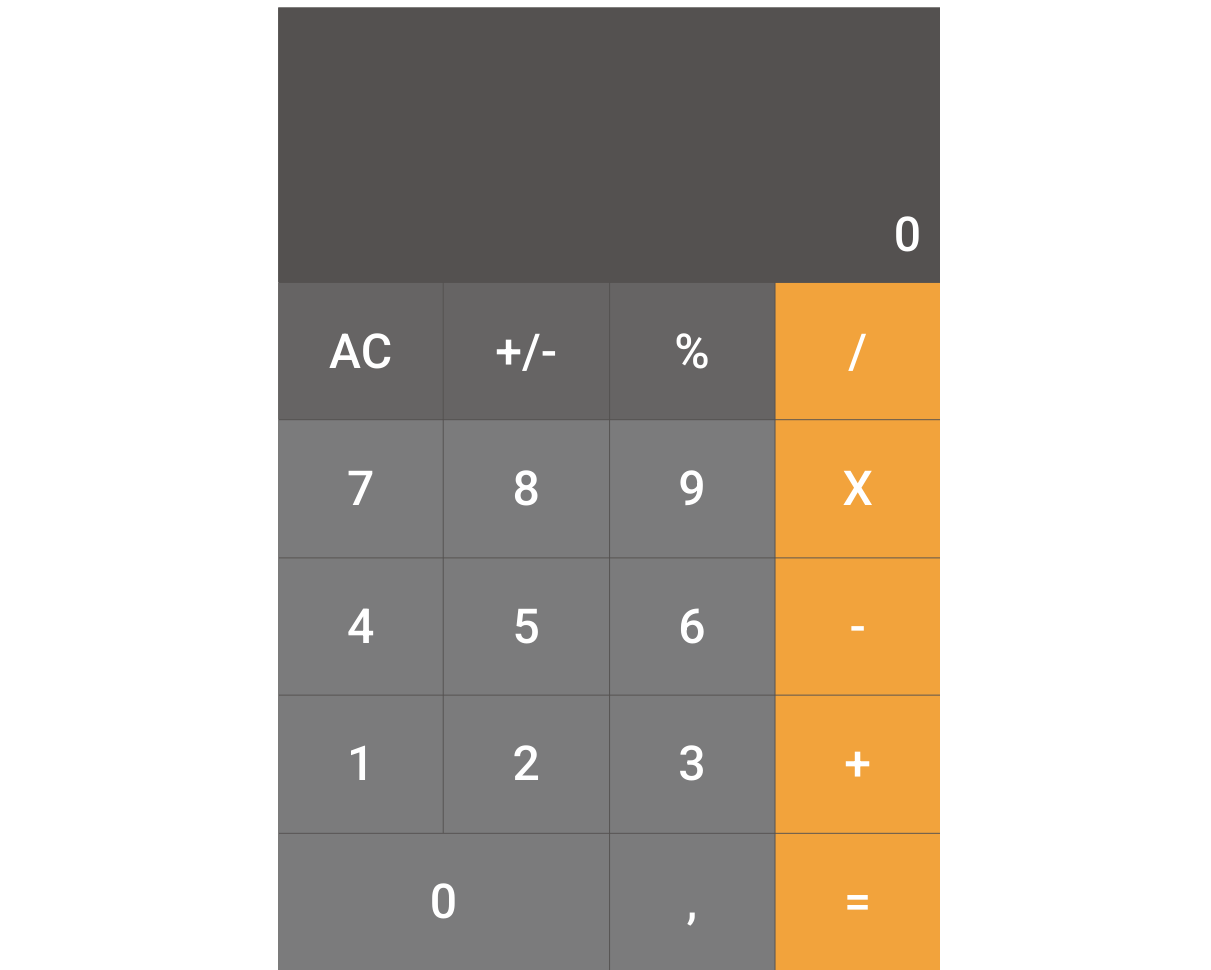
Repository: maciekto/calculatorOOP
Page: index.html
The author's editor kept a copy of each file at every save. The page is drawn from the files as they stood at one save, then again after a run of saves.
The browser window is 1280 px wide. The page is 1288 px wide, so the pictures cover 1288 px, including what lies to the right of the window. The pictures show the whole page, at 94% of full size.

Above is the page before, as saved 2022-06-19 19:04:03.

### index.html
<!DOCTYPE html>
<html lang="en">
<head>
    <meta charset="UTF-8">
    <meta http-equiv="X-UA-Compatible" content="IE=edge">
    <meta name="viewport" content="width=device-width, initial-scale=1.0">
    <title>Document</title>
    <link rel="stylesheet" href="css.css">


</head>
<body>
    <main>
        <div class="Calc">
            <div class="Calc__result">0</div>

            <div class="Calc__reset">
                AC
            </div>
            <div class="Calc__opposite">
                +/-
            </div>
            <div class="Calc__percentages">
                %
            </div>
            <div class="Calc__divide">
                /
            </div>

            <div class="Calc__7">7</div>
            <div class="Calc__8">8</div>
            <div class="Calc__9">9</div>
            <div class="Calc__multiply">
                X
            </div>

            <div class="Calc__4">4</div>
            <div class="Calc__5">5</div>
            <div class="Calc__6">6</div>
            <div class="Calc__substraction">
                -
            </div>

            <div class="Calc__1">1</div>
            <div class="Calc__2">2</div>
            <div class="Calc__3">3</div>
            <div class="Calc__addition">
                +
            </div>

            <div class="Calc__0">0</div>
            <div class="Calc__comma">,</div>
            <div class="Calc__isequal">
                =
            </div>

        </div>
    </main>

    <script src="js.js"></script>
</body>
</html>

### css.css
@import url('https://fonts.googleapis.com/css2?family=Roboto:wght@400;500;700&display=swap');

* {
    font-family: 'Roboto', sans-serif;
    font-weight: 500;
    box-sizing: border-box;
}

main {
    width: 100vw;
    height: 100vh;
    display: grid;
    place-items: center;
}

.Calc {
    max-width: 60vw;
    width: 55vw;
    height: 80vw;
    background: #545150;
    color: white;
    display: grid;
    grid-template-columns: repeat(4, 1fr);
    grid-template-rows: repeat(7, 1fr);
    grid-template-areas:
    "result result result result"
    "result result result result"
    "reset opposite percentages divide"
    "seven eight nine multiply"
    "four five six substraction"
    "one two three addition"
    "zero zero comma isequal"
    ;
    grid-gap: 1px;
    font-size: 4vw;
}
.Calc div {
    display: grid;
    place-items: center;
    background: #7b7b7c;
}
.Calc__result {
    padding: 20px;
    grid-area: result;
    background: #545150 !important;
    place-items: end end !important;
}
.Calc__reset {
    background: #666464 !important;
}
.Calc__opposite {
    background: #666464 !important;
}
.Calc__percentages {
    background: #666464 !important;
}
.Calc__divide {
    background: #f2a33c !important;
}
.Calc__multiply {
    background: #f2a33c !important;
}
.Calc__substraction {
    background: #f2a33c !important;
}
.Calc__addition {
    background: #f2a33c !important;
}
.Calc__isequal {
    background: #f2a33c !important;
}


.Calc__0 {
    grid-area: zero;
}

### js.js
console.log('siemano')

After the next 3 saves:
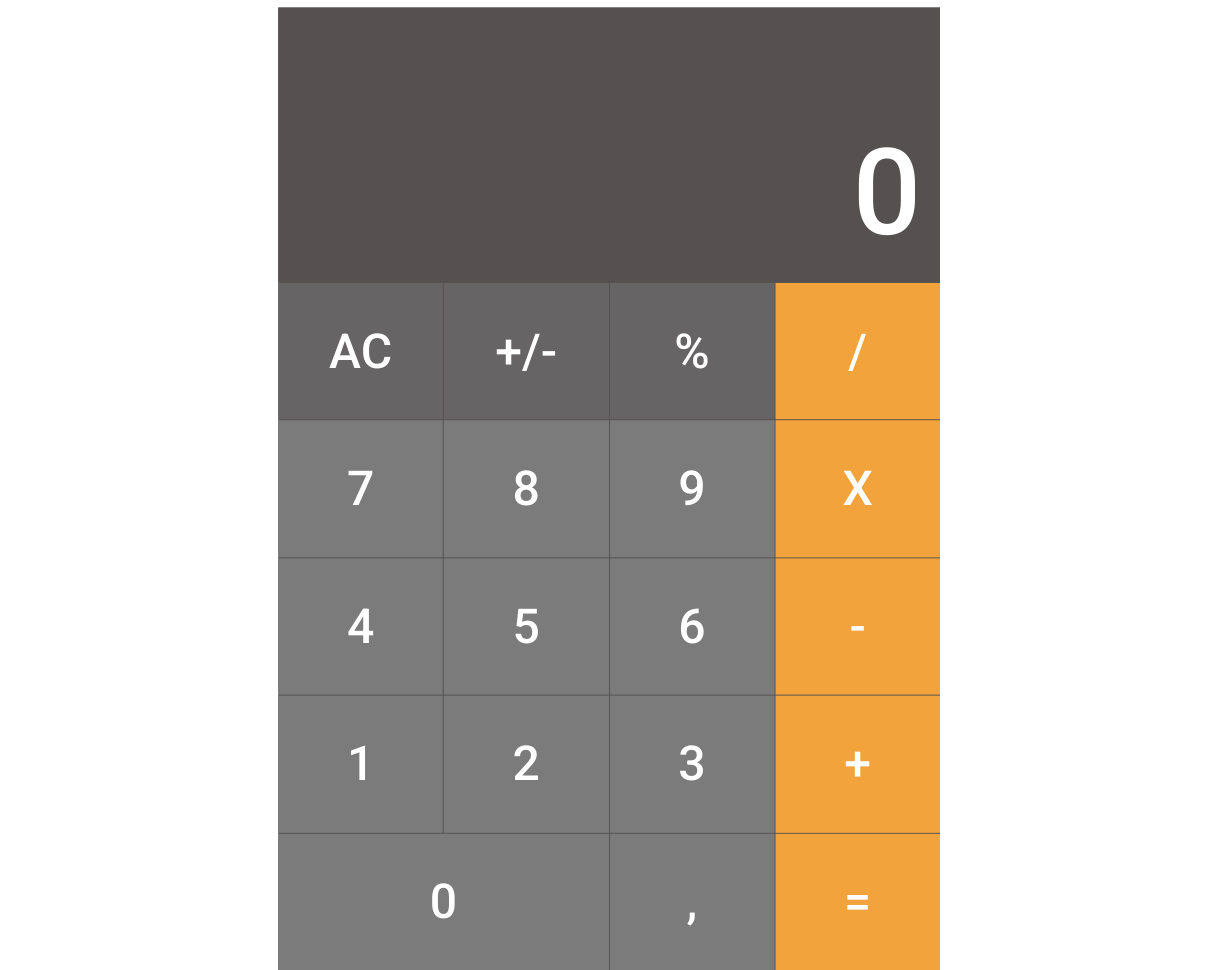
The 3 saves are shown as one change because they came seconds apart.
The last was saved 19 s later.
--- a/css.css
+++ b/css.css
@@ -41,6 +41,7 @@ main {
 }
 .Calc__result {
     padding: 20px;
+    font-size: 10vw;
     grid-area: result;
     background: #545150 !important;
     place-items: end end !important;
